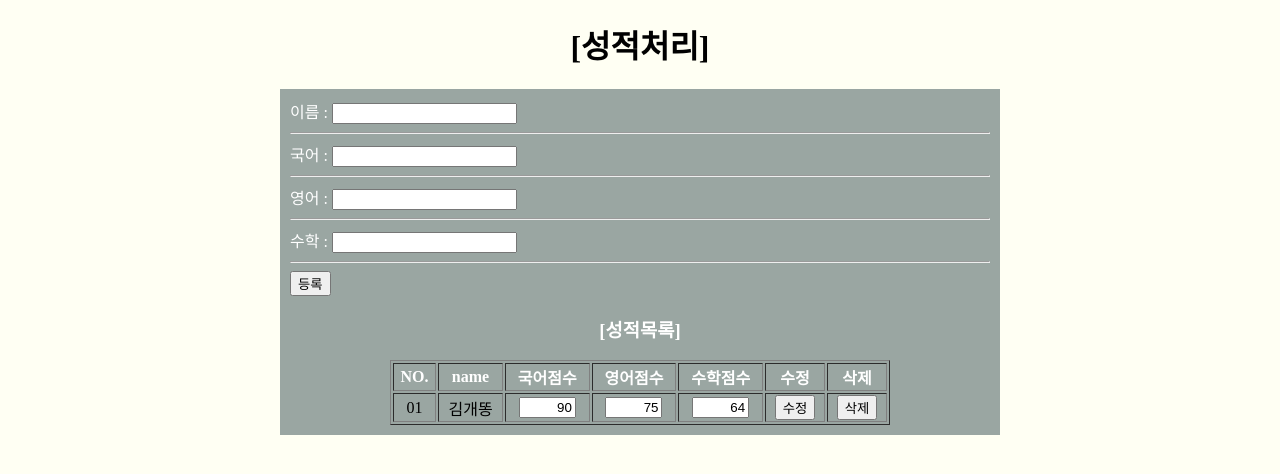
Repository: odasd/Ark-html
Page: 20200417/ex01/WebContent/ex20200417.html
These files come from the project's save history. The page is drawn as it stood at one moment and after the next save; the edit follows.
The browser window is 1280 px wide. The pictures show the whole page.

Above is the page before, as saved 2020-04-17 00:08:30.

After the next save:
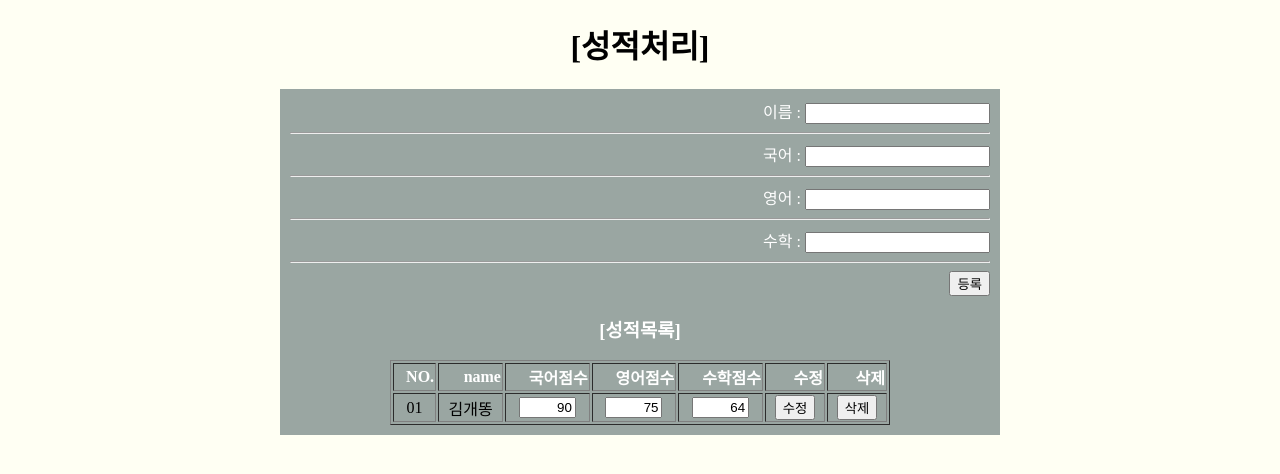
Saved 20 min 18 s later.
--- a/20200417/ex01/WebContent/ex20200417.html
+++ b/20200417/ex01/WebContent/ex20200417.html
@@ -5,7 +5,7 @@
 	<title>Insert title here</title>
 	<style>
 		h1,h3 {text-align:center;}
-		#content {width:700px; background:#9aa6a2; color:white; margin:auto; padding:10px;}
+		#content {width:700px; background:#9aa6a2; color:white; margin:auto; padding:10px; text-align:right;}
 		#tbl {margin:auto;}
 		td{text-align:center;}
 		.kor, .eng, .mat {text-align:right;}

After the save that followed:
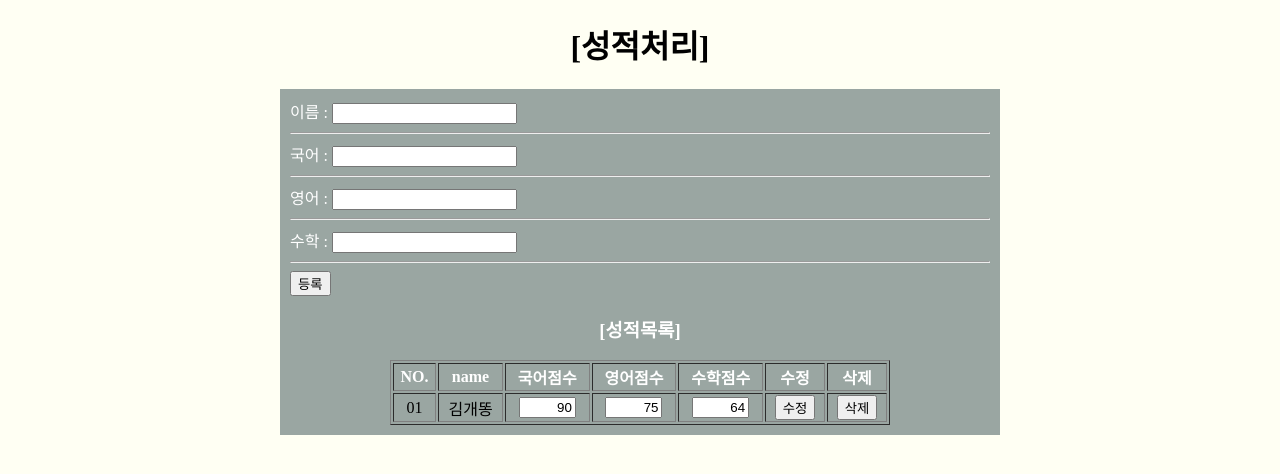
Saved 11 s later.
--- a/20200417/ex01/WebContent/ex20200417.html
+++ b/20200417/ex01/WebContent/ex20200417.html
@@ -5,7 +5,7 @@
 	<title>Insert title here</title>
 	<style>
 		h1,h3 {text-align:center;}
-		#content {width:700px; background:#9aa6a2; color:white; margin:auto; padding:10px; text-align:right;}
+		#content {width:700px; background:#9aa6a2; color:white; margin:auto; padding:10px;}
 		#tbl {margin:auto;}
 		td{text-align:center;}
 		.kor, .eng, .mat {text-align:right;}
